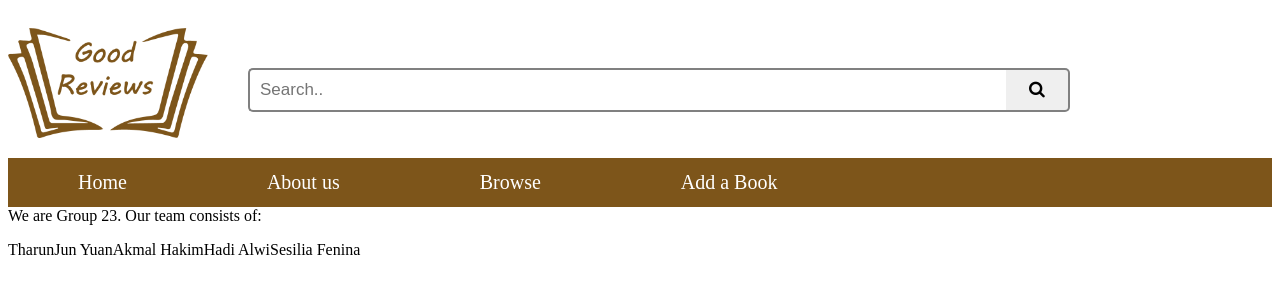
Repository: sesiliafenina/db-project
Page: about_us.html
An editor plug-in stored every save of this project. The page is shown before and after a run of saves, followed by the edit.
The browser window is 1280 px wide. The pictures show the whole page.

Above is the page before, as saved 2020-12-06 02:48:49.
Console error: SyntaxError: Cannot use import statement outside a module

After the next 3 saves:
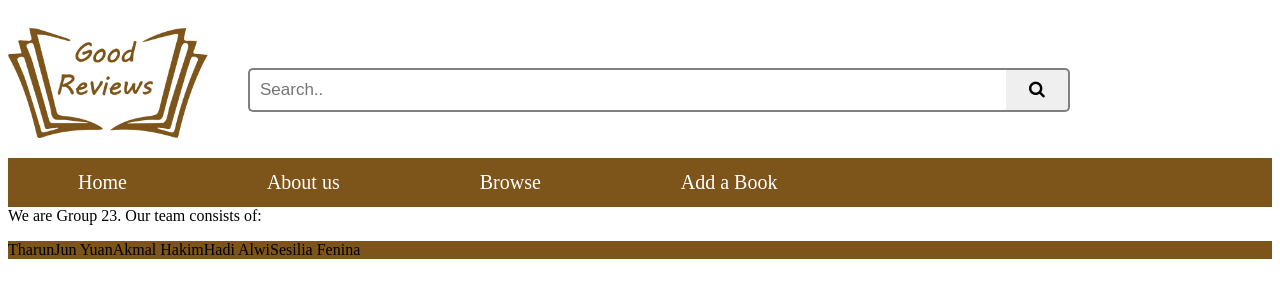
The 3 saves are shown as one change because they came seconds apart.
The last was saved 68 s later.
--- a/css/styles.css
+++ b/css/styles.css
@@ -19,6 +19,10 @@
 
 ul li{
   float: left;
+
+}
+
+ul {
   display: flex;
   align-items: center;
 }

After the save that followed:
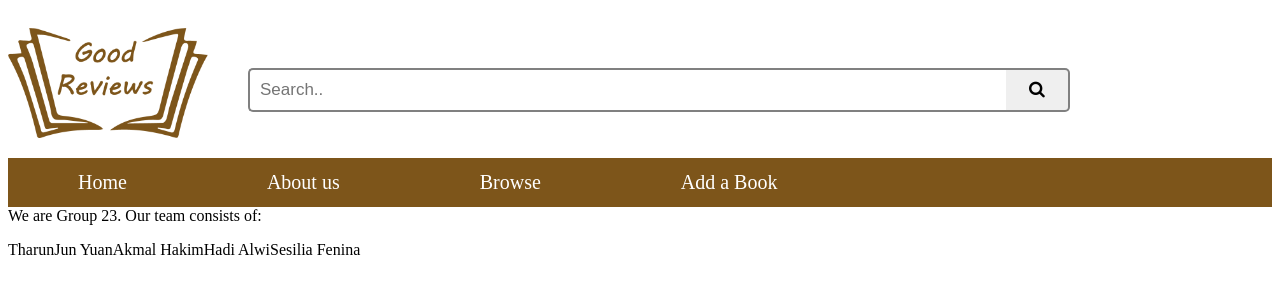
Saved 11 s later.
--- a/css/styles.css
+++ b/css/styles.css
@@ -22,10 +22,7 @@
 
 }
 
-ul {
-  display: flex;
-  align-items: center;
-}
+
 
 h1, h2, h3{
   margin: 0;
